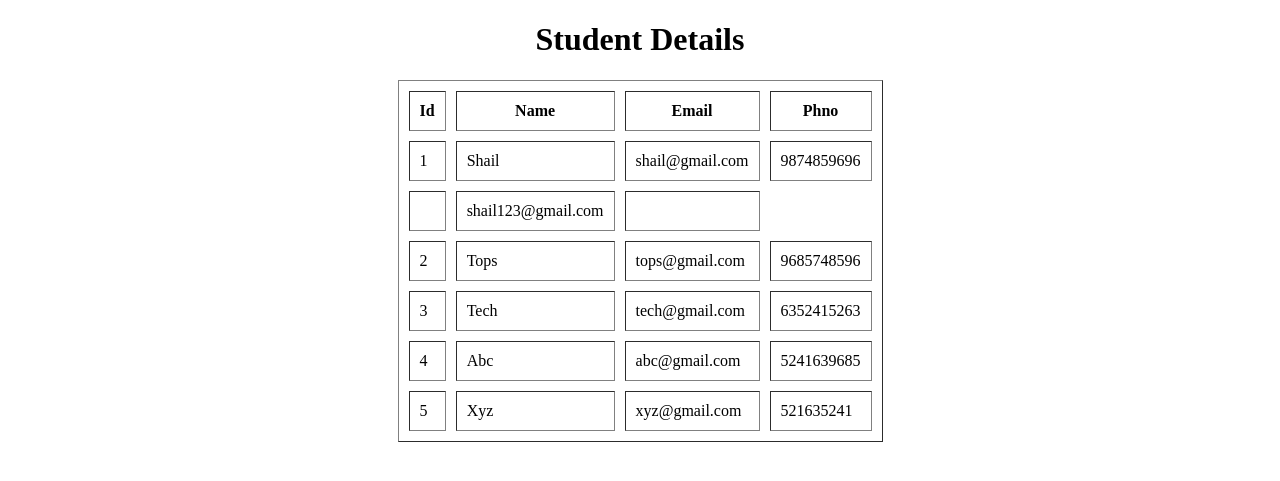
Repository: Chintan-elite/Java_Shail
Page: Learning_web/src/main/webapp/Table.html
These files come from the project's save history. The page is drawn as it stood at one moment and after the next save; the edit follows.
The browser window is 1280 px wide. The pictures show the whole page.

Above is the page before, as saved 2023-09-11 11:47:50.

After the next save:
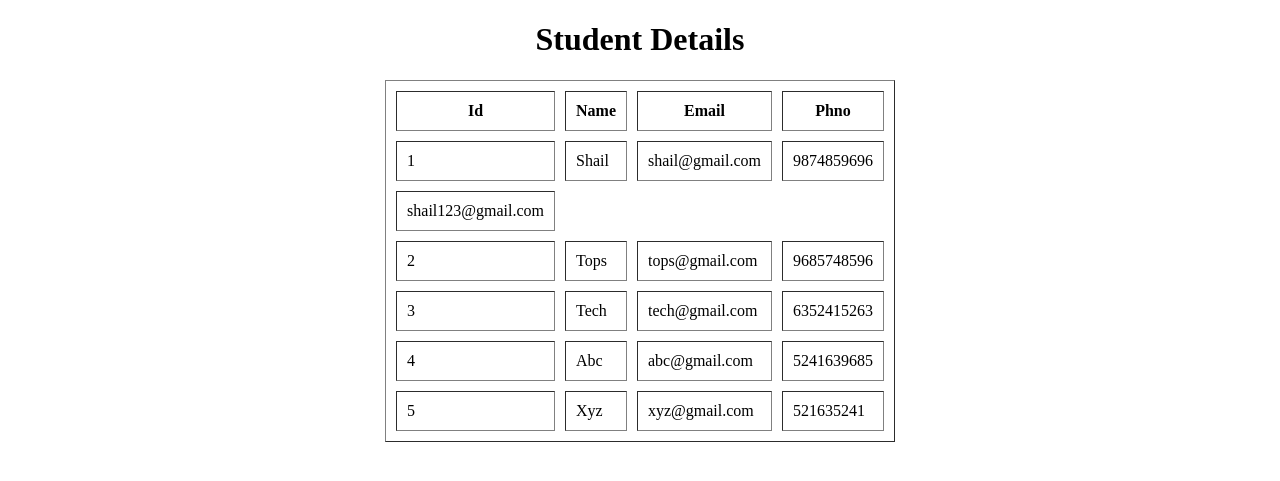
Saved 16 s later.
--- a/Learning_web/src/main/webapp/Table.html
+++ b/Learning_web/src/main/webapp/Table.html
@@ -24,9 +24,9 @@
 
 		<tr>
 
-			<td></td>
+
 			<td>shail123@gmail.com</td>
-			<td></td>
+
 		</tr>
 
 		<tr>

After the save that followed:
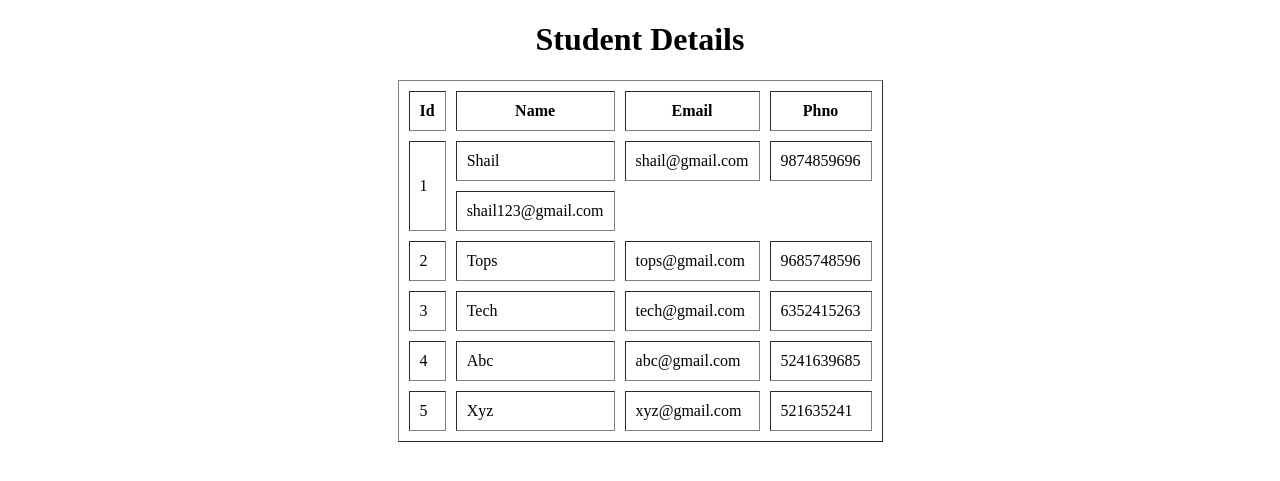
Saved 22 s later.
--- a/Learning_web/src/main/webapp/Table.html
+++ b/Learning_web/src/main/webapp/Table.html
@@ -16,7 +16,7 @@
 		</tr>
 
 		<tr>
-			<td>1</td>
+			<td rowspan="2">1</td>
 			<td>Shail</td>
 			<td>shail@gmail.com</td>
 			<td>9874859696</td>
